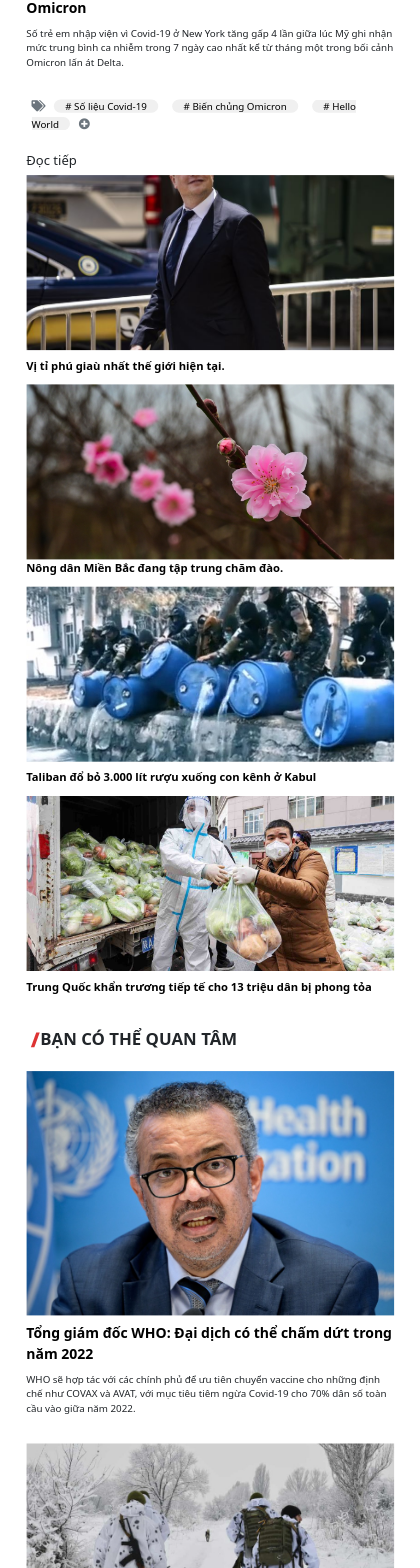
Repository: khanh2324/Java_Web
Page: WebContent/home-new/index.html
These files come from the project's save history. The page is drawn as it stood at one moment and after the next save; the edit follows.
The browser window is 600 px wide. The pictures show the part of the page from y = 3033 to 5273 px (the page is 9368 px tall before and 9768 px after), at 70% of full size.
Some web libraries are served in a nearby version.

Above is the page before, as saved 2022-01-06 10:11:21.

After the next save:
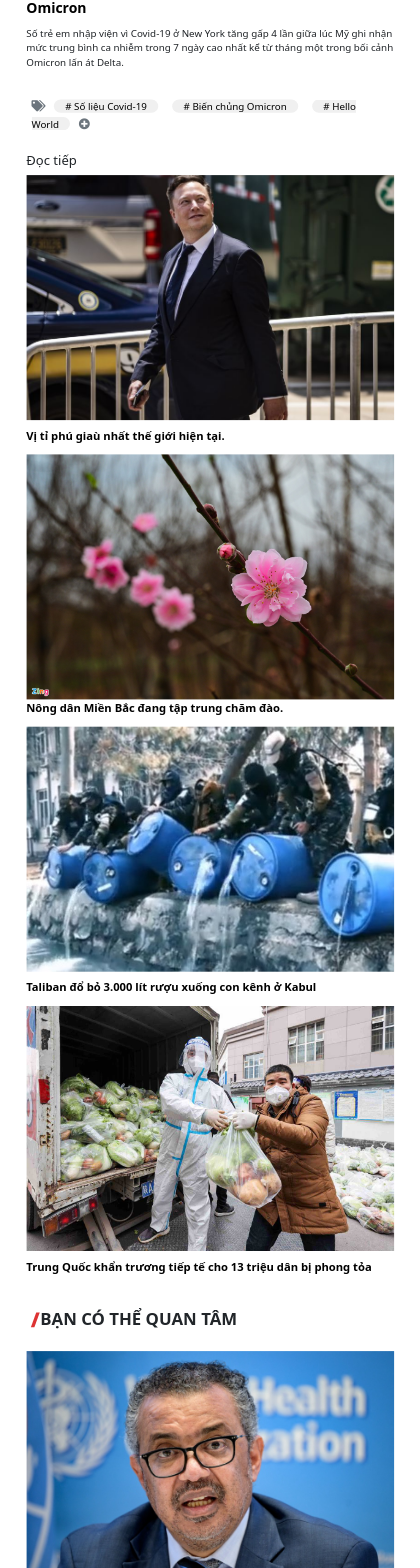
Saved 4 s later.
--- a/WebContent/home-new/css/responsive.css
+++ b/WebContent/home-new/css/responsive.css
@@ -61,7 +61,7 @@
   }
   .content-right_news-img {
     max-width: 100%;
-    min-height: 250px;
+    min-height: 350px;
   }
   .layout-content-right_news {
     padding: 0;
